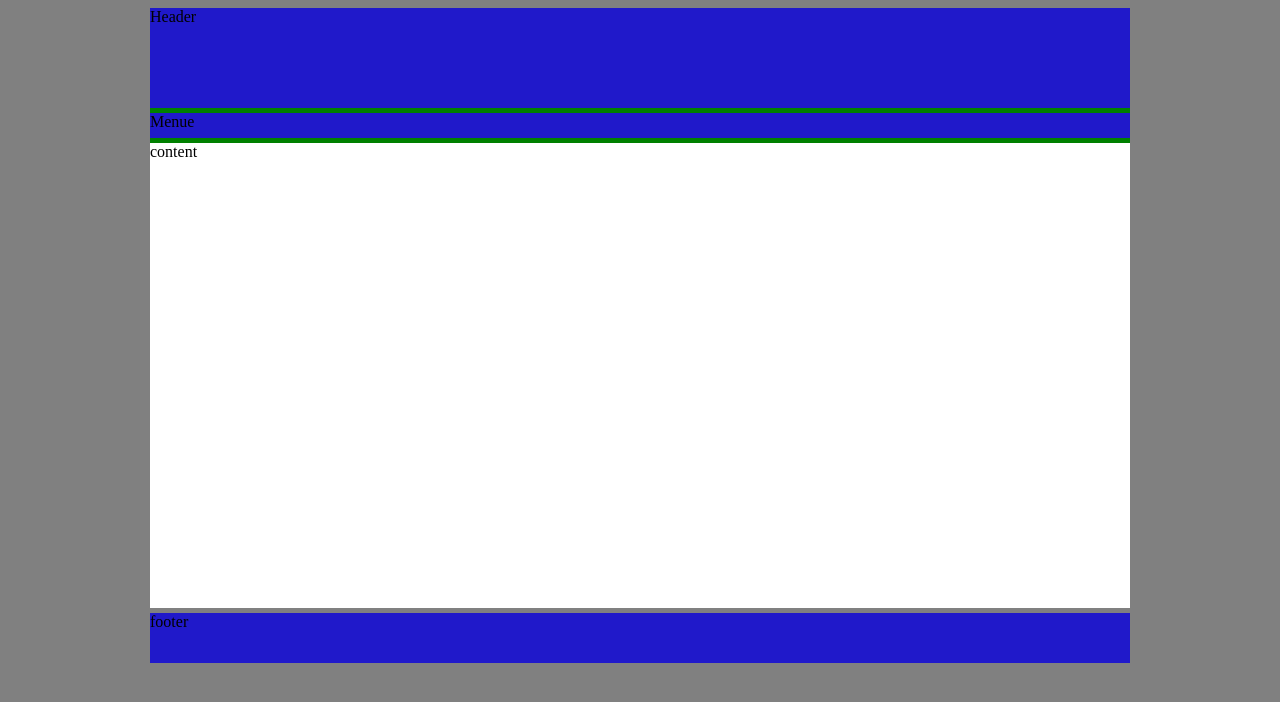
Repository: WebtechTeam7/RentMyStuff
Page: Code/Homepage_Test1/WebContent/META-INF/Index.html
The author's editor kept a copy of each file at every save. The page is drawn from the files as they stood at one save, then again after the next save.
The browser window is 1280 px wide. The pictures show the whole page.

Above is the page before, as saved 2014-10-16 14:25:23.

After the next save:
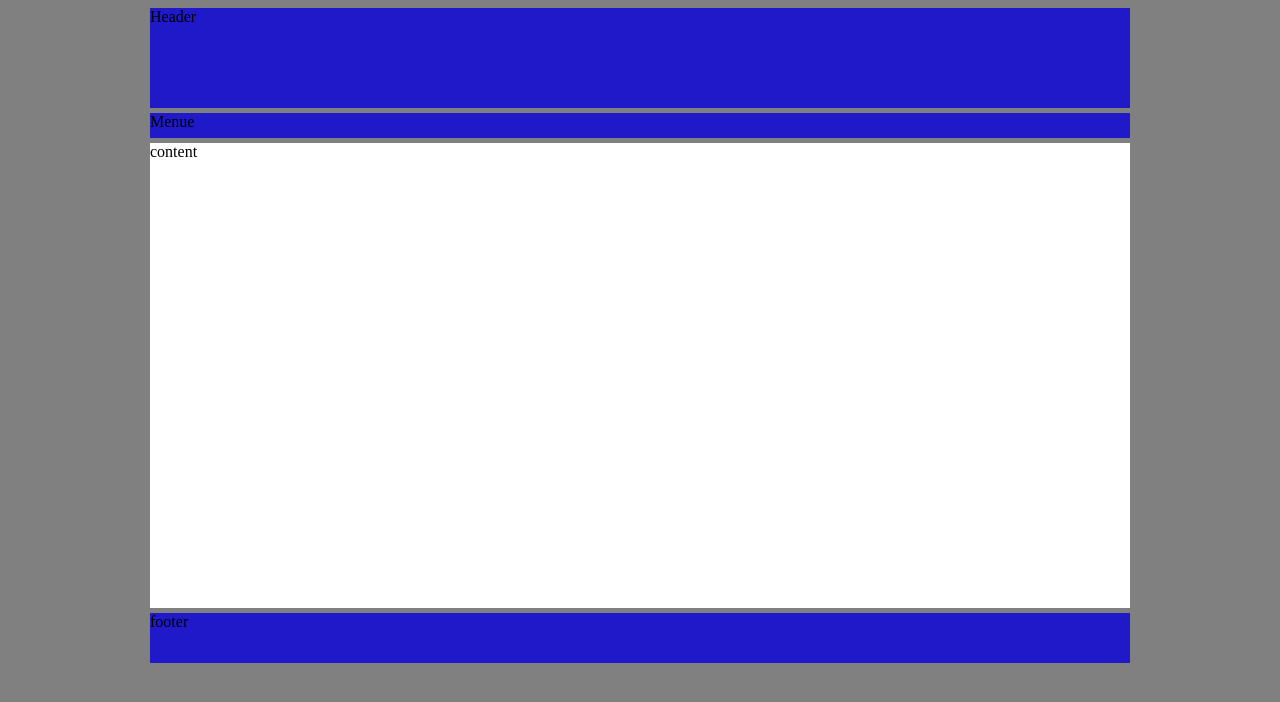
Saved 12 s later.
--- a/Code/Homepage_Test1/WebContent/META-INF/Mystyle.css
+++ b/Code/Homepage_Test1/WebContent/META-INF/Mystyle.css
@@ -4,7 +4,7 @@ body{
 #wrapper{
  margin-left:auto;
  margin-right:auto;
- background-color:green;
+ //background-color:green;
  width:980px;
  height:600px;
 }
